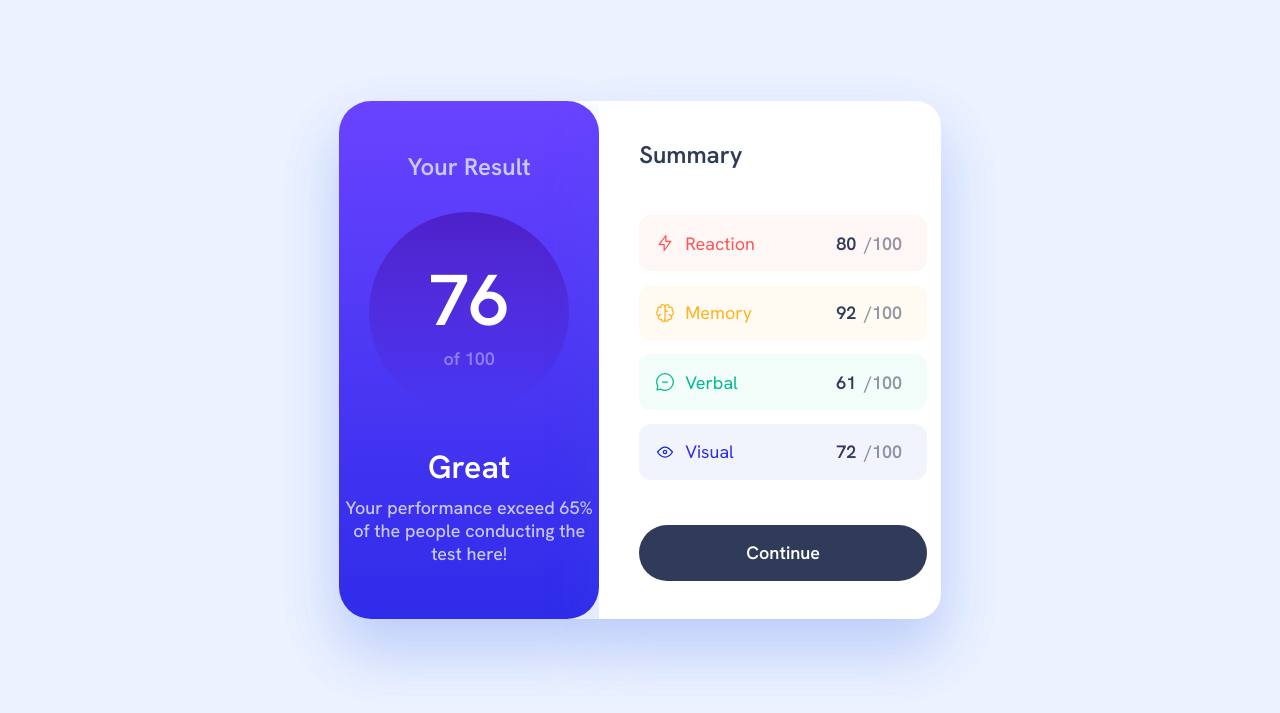
Repository: KamoliddinGIT/result-summary
Page: index.html
An editor plug-in stored every save of this project. The page is shown before and after the next save, followed by the edit.
The browser window is 1280 px wide. The pictures show the whole page.

Above is the page before, as saved 2023-09-08 17:05:25.

### index.html
<!DOCTYPE html>
<html lang="en">
  <head>
    <meta charset="UTF-8" />
    <meta name="viewport" content="width=device-width, initial-scale=1.0" />
    <link
      rel="icon"
      type="image/png"
      sizes="32x32"
      href="./assets/images/favicon-32x32.png"
    />
    <link rel="stylesheet" href="css/style.css" />
    <link rel="preconnect" href="https://fonts.googleapis.com" />
    <link rel="preconnect" href="https://fonts.gstatic.com" crossorigin />
    <link
      href="https://fonts.googleapis.com/css2?family=Hanken+Grotesk:wght@400;500;600&display=swap"
      rel="stylesheet"
    />
    <title>Results summary component</title>
  </head>
  <body>
    <div class="container">
      <div class="result-box">
        <h1 class="result__heading">Your Result</h1>
        <div class="result__score">
          <h1>76</h1>
          <span>of 100</span>
        </div>
        <div class="result__comment">
          <h1>Great</h1>
          <p>
            Your performance exceed 65% of the people conducting the test here!
          </p>
        </div>
      </div>
      <div class="summary-box">
        <h1 class="summary__title">Summary</h1>
        <div class="summary__stats">
          <li class="summary__stats__item__1">
            <img src="./assets/images/icon-reaction.svg" alt="logo" />
            <h2>Reaction</h2>
            <h3>80<span>/100</span></h3>
          </li>
          <li class="summary__stats__item__2">
            <img src="./assets/images/icon-memory.svg" alt="logo" />
            <h2>Memory</h2>
            <h3>92<span>/100</span></h3>
          </li>
          <li class="summary__stats__item__3">
            <img src="./assets/images/icon-verbal.svg" alt="logo" />
            <h2>Verbal</h2>
            <h3>61<span>/100</span></h3>
          </li>
          <li class="summary__stats__item__4">
            <img src="/assets/images/icon-visual.svg" alt="logo" />
            <h2>Visual</h2>
            <h3>72<span>/100</span></h3>
          </li>
        </div>
        <a href="#" class="summary__btn"> Continue </a>
      </div>
    </div>

    <script src="js/index.js"></script>
  </body>
</html>

### css/style.css
* {
  margin: 0;
  padding: 0;
  box-sizing: border-box;
}

body {
  display: flex;
  flex-direction: column;
  justify-content: center;
  align-items: center;
  height: 100vh;
  flex-direction: column;
  padding: 0;
  margin: 0;
  font-family: "Hanken Grotesk", "Arial", sans-serif;
  font-size: 18px;
  font-weight: 500;
  line-height: normal;
  background-color: #ecf2ff;
  color: #303b59;
}

.container {
  width: 47%;
  max-width: 1200px;
  display: flex;
  justify-content: center;
  align-items: center;
  height: 72%;
  background-color: #ffffff;
  box-shadow: 0px 30px 60px 0px rgba(61, 108, 236, 0.15);
  border-radius: 32px;
}

.result-box {
  width: 50%;
  max-width: 368px;
  min-height: 100%;
  border-radius: 32px;
  box-shadow: 0px 30px 60px 0px rgba(61, 108, 236, 0.15);
  background-image: linear-gradient(
    180deg,
    #75f 0%,
    #6943ff 0.01%,
    #2f2ce9 100%
  );
  color: #cac9ff;
  box-shadow: 0px 30px 60px 0px rgba(61, 108, 236, 0.15);
  display: flex;

  flex-direction: column;
  align-items: center;
  justify-content: center;
  font-family: "Hanken Grotesk", "Arial", sans-serif;
  gap: 30px;
}

.summary-box {
  display: flex;
  flex-direction: column;
  align-items: start;
  padding-left: 40px;
  justify-content: space-evenly;
  background: #fff;
  width: 50%;
  min-height: 100%;
  border-radius: 0 25px 25px 0;
  box-shadow: 0px 30px 60px 0px rgba(61, 108, 236, 0.15);
}

.result__heading {
  font-size: 24px;
}

.result__score {
  display: flex;
  flex-direction: column;
  justify-content: center;
  align-items: center;
  width: 200px;
  height: 200px;
  border-radius: 50%;
  background-image: linear-gradient(
    180deg,
    #4d21c9 0%,
    rgba(37, 33, 201, 0) 100%,
    rgba(37, 33, 201, 0) 100%
  );
}

.result__score h1 {
  font-size: 72px;
  color: #ffffff;
}

.result__score span {
  color: #cac9ff;
  font-weight: 700;
  opacity: 0.5168;
  font-size: 18px;
}

.result__comment {
  display: flex;
  justify-content: space-around;
  align-items: center;
  flex-direction: column;
  text-align: center;
  width: 260px;
  height: 127px;
}

.result__comment h1 {
  font-size: 32px;
  color: #ffffff;
}

.result__comment p {
  font-size: 18px;
  color: #cac9ff;
  font-weight: 500;
  line-height: normal;
}

.summary__title {
  color: #303b59;
  font-size: 24px;
  font-weight: bold;
}

.summary__stats {
  width: 288px;
  height: 278px;
  display: flex;
  flex-direction: column;
  justify-content: space-around;
  align-items: start;
  list-style-type: none;
}

.summary__stats__item__1 {
  width: 100%;
  display: flex;
  gap: 10px;
  align-items: center;
  height: 56px;
  padding: 16px;
  background: rgba(255, 85, 85, 0.05);
  border-radius: 12px;
}

.summary__stats__item__1 h2 {
  width: 141px;
  font-size: 18px;
  color: #f55;
  font-weight: normal;
}

.summary__stats__item__1 h3 span {
  opacity: 0.5168;
  font-weight: bold;
  color: rgba(48, 59, 89, 0.5);
  font-size: 18px;
  color: #303b59;
  margin-left: 8px;
}

.summary__stats__item__1 h3 {
  color: #303b59;
  font-weight: bold;
  font-size: 18px;
}

.summary__stats__item__2 {
  width: 100%;
  display: flex;
  gap: 10px;
  align-items: center;
  height: 56px;
  padding: 16px;
  background: rgba(255, 178, 30, 0.05);
  border-radius: 12px;
}

.summary__stats__item__2 h2 {
  width: 141px;
  font-size: 18px;
  color: #ffb21e;
  font-weight: normal;
}

.summary__stats__item__2 h3 span {
  opacity: 0.5168;
  font-weight: bold;
  color: rgba(48, 59, 89, 0.5);
  font-size: 18px;
  color: #303b59;
  margin-left: 8px;
}

.summary__stats__item__2 h3 {
  color: #303b59;
  font-weight: bold;
  font-size: 18px;
}

.summary__stats__item__3 {
  width: 100%;
  display: flex;
  gap: 10px;
  align-items: center;
  height: 56px;
  padding: 16px;
  background: rgba(0, 187, 143, 0.05);
  border-radius: 12px;
}

.summary__stats__item__3 h2 {
  font-size: 18px;
  color: #00bb8f;
  font-weight: normal;
  width: 141px;
}

.summary__stats__item__3 h3 span {
  opacity: 0.5168;
  font-weight: bold;
  color: rgba(48, 59, 89, 0.5);
  font-size: 18px;
  color: #303b59;
  margin-left: 8px;
}

.summary__stats__item__3 h3 {
  color: #303b59;
  font-weight: bold;
  font-size: 18px;
}

.summary__stats__item__4 {
  width: 100%;
  display: flex;
  gap: 10px;
  align-items: center;
  height: 56px;
  padding: 16px;
  background: rgba(17, 37, 214, 0.05);
  border-radius: 12px;
}

.summary__stats__item__4 h2 {
  width: 141px;
  font-size: 18px;
  color: #2f2ce9;
  font-weight: normal;
}

.summary__stats__item__4 h3 span {
  opacity: 0.5168;
  font-weight: bold;
  color: rgba(48, 59, 89, 0.5);
  font-size: 18px;
  color: #303b59;
  margin-left: 8px;
}

.summary__stats__item__4 h3 {
  color: #303b59;
  font-weight: bold;
  font-size: 18px;
}

.summary__btn {
  width: 288px;
  height: 56px;
  border-radius: 128px;
  background: #303b59;
  display: flex;
  justify-content: center;
  align-items: center;
  text-decoration: none;
  color: white;
  font-weight: bold;
}

.summary__btn:hover {
  background: linear-gradient(180deg, #75f 0%, #6943ff 0.01%, #2f2ce9 100%);
  content: "";
  transition: opacity ease 0.3s;
}

.summary__btn:active {
  outline: 2px solid white;
  border: 2px solid white;
}

/* media */

@media only screen and (max-width: 740px) {
  /* body {
    padding: 50px;
    align-items: center;
  } */

  .container {
    flex-direction: column;
    width: 100%;
    max-width: 368px;
  }

  .result-box {
    padding: 15px;
    width: 100%;
    margin-top: 350px;
    max-width: 100%;
    box-shadow: 0px 30px 60px 0px rgba(61, 108, 236, 0.15);
  }

  .summary-box {
    /* margin-top: 350px; */
    border-radius: 0;
    background: #fff;
    width: 100%;
    max-width: 100%;
    height: 507px;
  }
}

@media (min-width: 740px) {
  .container {
    max-width: 1400px;
  }
  .result-box {
    width: 100%;
    max-width: 100%;
  }
  .summary-box {
    width: 200%;
    max-width: 100%;
  }
}

### js/index.js
"use strict";

const data = [
  {
    category: "Reaction",
    score: 80,
    icon: "img/icon-reaction.svg",
  },
  {
    category: "Memory",
    score: 92,
    icon: "img/icon-memory.svg",
  },
  {
    category: "Verbal",
    score: 61,
    icon: "img/icon-verbal.svg",
  },
  {
    category: "Visual",
    score: 72,
    icon: "img/icon-visual.svg",
  },
];

After the next save:
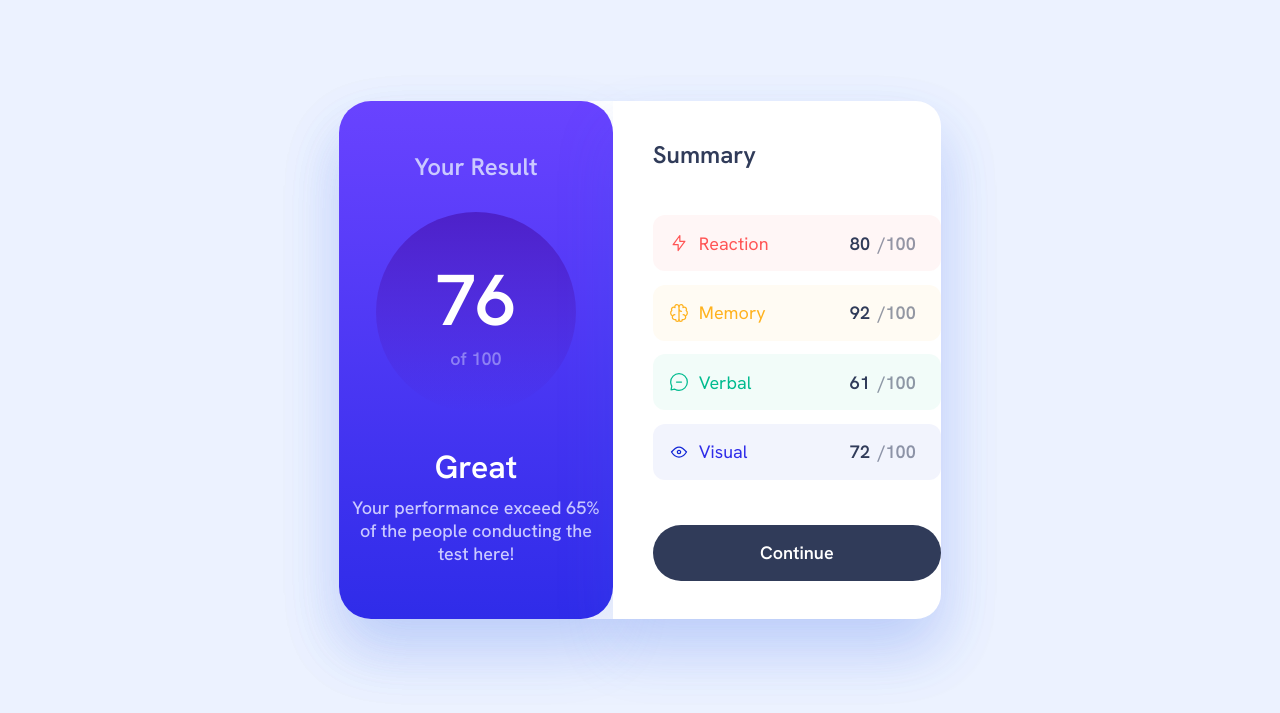
Saved 4 s later.
--- a/css/style.css
+++ b/css/style.css
@@ -336,7 +336,7 @@ body {
     max-width: 100%;
   }
   .summary-box {
-    width: 200%;
+    width: 100%;
     max-width: 100%;
   }
 }
